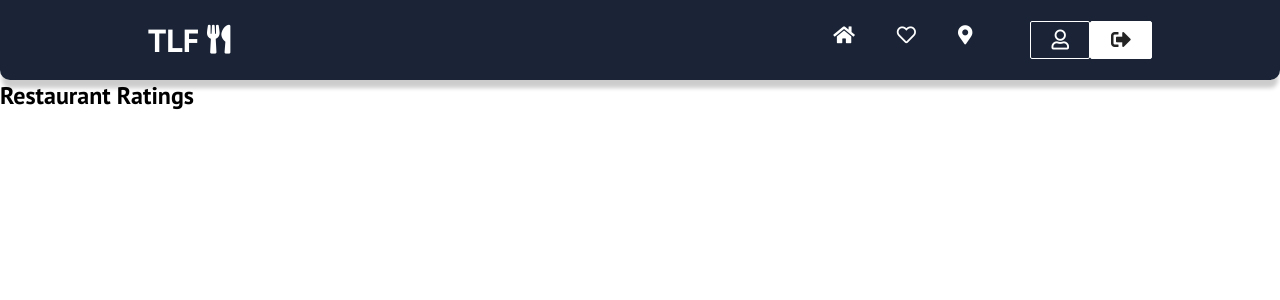
Repository: bethel-school-of-technology/the-local-fork-frontend
Page: /favorites
An editor plug-in stored every save of this project. The page is shown before and after the next save, followed by the edit.
The browser window is 1280 px wide. The pictures show the whole page.
The project was rebuilt for these pictures with package versions that can differ from the ones it lists, and the page was loaded fresh each time. Also part of the build but not shown: src/Components/pages/SignUp.js, src/Components/pages/Delete.js, src/Components/pages/PersonPut.js, src/Components/pages/Login.js, src/Components/pages/Home.js, src/Components/pages/ProfilePage.js, src/Components/pages/Newres.js.

Above is the page before, as saved 2021-11-02 18:54:06.

After the next save:
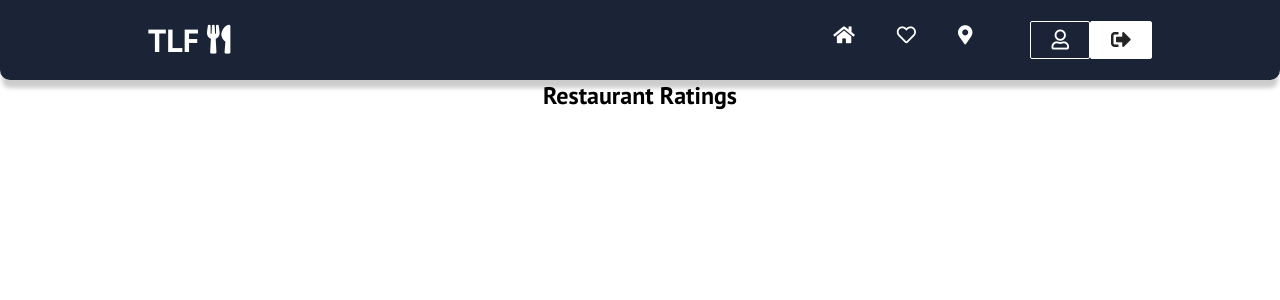
Saved 38 s later.
--- a/src/Components/pages/Favorites.js
+++ b/src/Components/pages/Favorites.js
@@ -10,7 +10,7 @@ const colors = {
 
 function App() {
     return (
-        <div>
+        <div style={styles.container}>
             <h2>Restaurant Ratings</h2>
         </div>
     );
